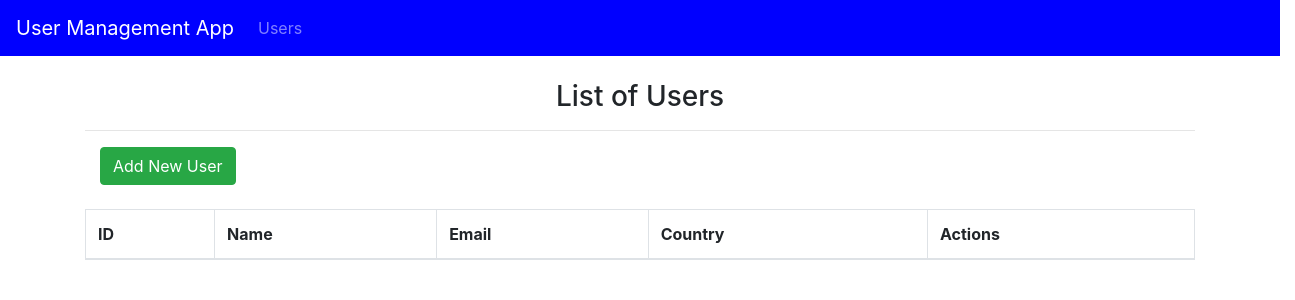
Repository: chamoddevinda0001/myfirstServelet
Page: http://localhost/OnlineEventManagementSystem/user-list.jsp
An editor plug-in stored every save of this project. The page is shown before and after the next save, followed by the edit.
The browser window is 1280 px wide. The page is 1295 px wide, so the pictures cover 1295 px, including what lies to the right of the window. The pictures show the whole page.
The page is served by Tomcat 9. Other server files are loaded and not shown.

Above is the page before, as saved 2020-10-15 16:29:38.

### OnlineEventManagementSystem/WebContent/user-list.jsp
<%@ page language="java" contentType="text/html; charset=ISO-8859-1"
    pageEncoding="ISO-8859-1"%>
<%@ taglib uri="http://java.sun.com/jsp/jstl/core" prefix="c"%>
<!DOCTYPE html>
<html>
<head>
<title>Online Management Application</title>
<link rel="stylesheet"
	href="https://stackpath.bootstrapcdn.com/bootstrap/4.3.1/css/bootstrap.min.css"
	integrity="sha384-ggOyR0iXCbMQv3Xipma34MD+dH/1fQ784/j6cY/iJTQUOhcWr7x9JvoRxT2MZw1T"
	crossorigin="anonymous">
</head>
<body>

	<header>
		<nav class="navbar navbar-expand-md navbar-dark"
			style="background-color: blue;">
			<div>
				<a href="https://www.javaguides.net" class="navbar-brand"> User
					Management App </a>
			</div>

			<ul class="navbar-nav">
				<li><a href="<%=request.getContextPath()%>/list"
					class="nav-link">Users</a></li>
			</ul>
		</nav>
	</header>
	<br>

	<div class="row">
		<!-- <div class="alert alert-success" *ngIf='message'>{{message}}</div> -->

		<div class="container">
			<h3 class="text-center">List of Users</h3>
			<hr>
			<div class="container text-left">

				<a href="<%=request.getContextPath()%>/new" class="btn btn-success">Add
					New User</a>
			</div>
			<br>
			<table class="table table-bordered">
				<thead>
					<tr>
						<th>ID</th>
						<th>Name</th>
						<th>Email</th>
						<th>Country</th>
						<th>Actions</th>
					</tr>
				</thead>
				<tbody>
					<!--   for (Todo todo: todos) {  -->
					<c:forEach var="user" items="${listUser}">

						<tr>
							<td><c:out value="${user.id}" /></td>
							<td><c:out value="${user.name}" /></td>
							<td><c:out value="${user.email}" /></td>
							<td><c:out value="${user.country}" /></td>
							<td><a href="edit?id=<c:out value='${user.id}' />">Edit</a>
								&nbsp;&nbsp;&nbsp;&nbsp; <a
								href="delete?id=<c:out value='${user.id}' />">Delete</a></td>
						</tr>
					</c:forEach>
					<!-- } -->
				</tbody>

			</table>
		</div>
	</div>
</body>
</html>

After the next save:
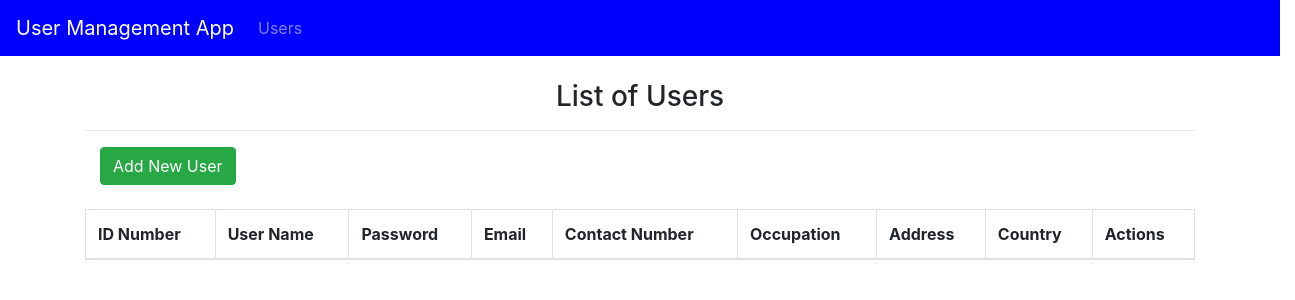
Saved 3 min 14 s later.
--- a/OnlineEventManagementSystem/WebContent/user-list.jsp
+++ b/OnlineEventManagementSystem/WebContent/user-list.jsp
@@ -43,9 +43,14 @@
 			<table class="table table-bordered">
 				<thead>
 					<tr>
-						<th>ID</th>
-						<th>Name</th>
+
+						<th>ID Number</th>
+						<th>User Name</th>
+						<th>Password</th>
 						<th>Email</th>
+						<th>Contact Number</th>
+						<th>Occupation</th>
+						<th>Address</th>
 						<th>Country</th>
 						<th>Actions</th>
 					</tr>
@@ -55,7 +60,7 @@
 					<c:forEach var="user" items="${listUser}">
 
 						<tr>
-							<td><c:out value="${user.id}" /></td>
+							<td><c:out value="${user.idnumber}" /></td>
 							<td><c:out value="${user.name}" /></td>
 							<td><c:out value="${user.email}" /></td>
 							<td><c:out value="${user.country}" /></td>
